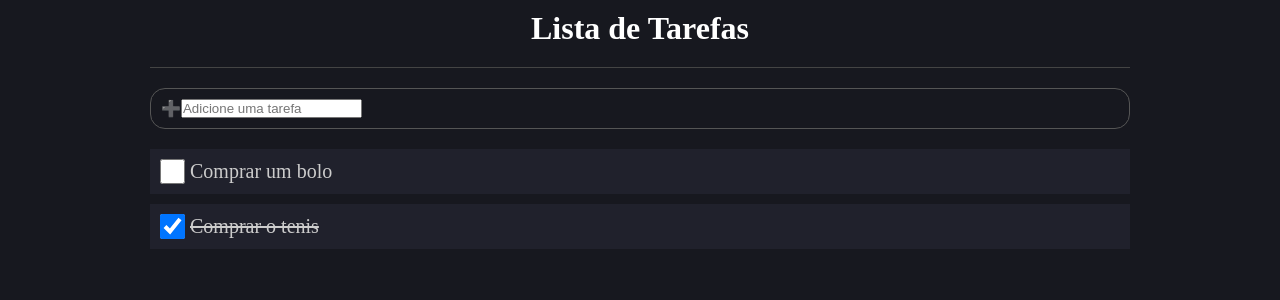
Repository: Wink07/lista-tarefas
Page: /
The author's editor kept a copy of each file at every save. The page is drawn from the files as they stood at one save, then again after the next save.
The browser window is 1280 px wide. The pictures show the whole page.
The project was rebuilt for these pictures with package versions that can differ from the ones it lists, and the page was loaded fresh each time. Also part of the build but not shown: vite.config.ts.

Above is the page before, as saved 2022-05-10 20:08:48.

### src/main.tsx
import React from 'react'
import ReactDOM from 'react-dom/client'
import { App } from './App'


ReactDOM.createRoot(document.getElementById('root')!).render(
  <React.StrictMode>
    <App />
  </React.StrictMode>
)

### src/App.tsx
import * as C from "./App.styles"
import './global.css'
import { useState } from "react"
import { Item } from './types/Item'
import { ListItem } from './components/ListItem';
import { AddArea } from "./components/AddArea";

export const App = () => {
  const [list, setList] = useState<Item[]>( [
    { id: 1, name: 'Comprar um bolo', done: false},
    { id: 2, name: 'Comprar o tenis', done: true},
  ]);


  return (
    <C.Container>
      <C.Area>
        <C.Header>Lista de Tarefas</C.Header>

          <AddArea/>

          {list.map((item, index) => (
            <ListItem key={index} item={item}/>
          ))}

      </C.Area>
    </C.Container>
  )
}

### src/App.styles.ts
import styled from 'styled-components';


export const Container = styled.div`
    background-color: #17181F;
    color:#797A81;
    min-height: 100vh;
`;

export const Area = styled.div`
    margin: auto;
    max-width: 980px;
    padding: 10px;
`;

export const Header = styled.h1`
    margin: 0;
    padding: 0;
    color: #FFF;
    text-align: center;
    border-bottom: 1px solid #444;
    padding-bottom: 20px;
`;

### src/components/ListItem/index.tsx
import * as C from './styles'
import { Item } from '../../types/Item';
import { useState } from 'react';

type Props = {
    item: Item
}


export const ListItem = ({item }: Props) => {
    const [isChecked, setIsChecked] = useState(item.done)

    return (
        <C.Container done={isChecked}>
            <input
                type="checkbox"
                checked={isChecked}
                onChange={e => setIsChecked(e.target.checked)}
            />
            <label>{item.name}</label>
        </C.Container>
    )
}

### src/components/AddArea/index.tsx
import * as C from './styles'

export const AddArea = () => {
    return (
        <C.Container>
            <div className="image">➕</div>
            <input
                type="text"
                placeholder='Adicione uma tarefa'
            />
        </C.Container>
    )
}

### src/components/ListItem/styles.ts
import styled from 'styled-components'

type ContainerPros = {
    done: boolean
}

export const Container = styled.div(({ done }: ContainerPros) => (
    `
    display: flex;
    background-color: #20212C;
    padding: 10px;
    boder-radius: 10px;
    margin-bottom: 10px;
    align-items: center;

    input {
        width: 25px;
        height: 25px;
        margin-right: 5px;
    }

    label {
        color: #CCC;
        font-size: 20px;
        text-decoration: ${done ? 'line-through' : 'initial'};
    }
`
));

### src/components/AddArea/styles.ts
import styled  from 'styled-components';

export const Container = styled.div`
    border: 1px solid #555;
    border-radius: 15px;
    padding: 10px;
    margin: 20px 0;
    display: flex;
    align-items: center;
`;

Loaded but not shown: index.html (common file); src/global.css (common file)

After the next save:
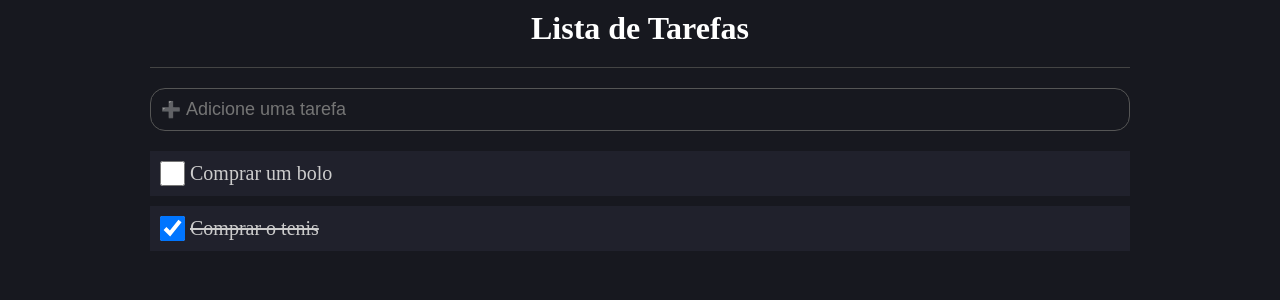
Saved 2 min 7 s later.
--- a/src/components/AddArea/styles.ts
+++ b/src/components/AddArea/styles.ts
@@ -7,4 +7,18 @@ export const Container = styled.div`
     margin: 20px 0;
     display: flex;
     align-items: center;
+
+
+    .image {
+        margin-right: 5px;
+    }
+
+    input {
+        border: 0;
+        background: transparent;
+        outline: 0;
+        color: #FFF;
+        font-size: 18px;
+        flex: 1;
+    }
 `;
